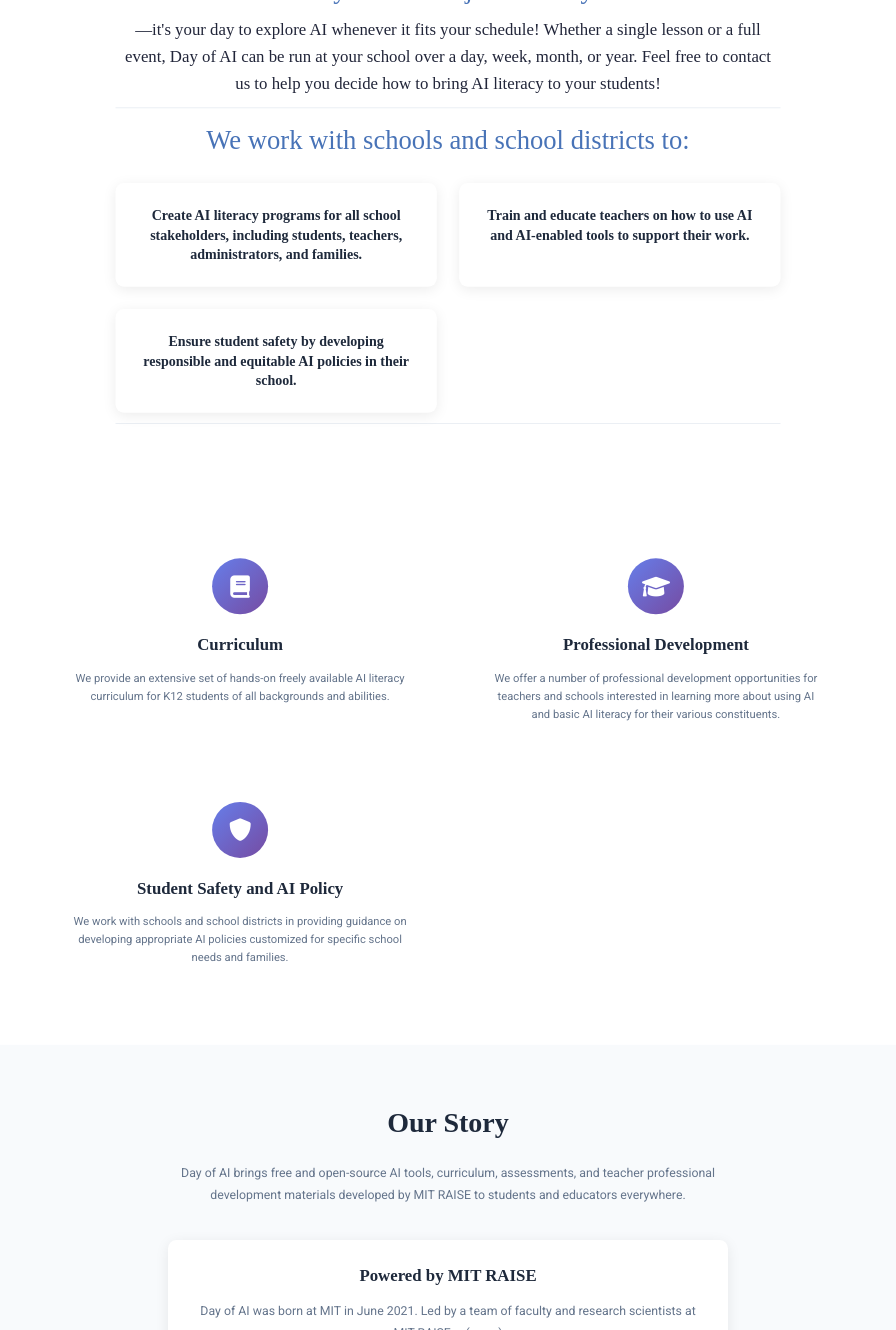
Repository: dinhtri123/dayofai
Page: index.html
An editor plug-in stored every save of this project. The page is shown before and after the next save, followed by the edit.
The browser window is 1280 px wide. The pictures show the part of the page from y = 781 to 2681 px (the page is 3981 px tall before and 3692 px after), at 70% of full size.
A picture or video elsewhere on the page could not be fetched, so the positions and the page height are approximate. Some web fonts or font styles are not loaded; a fallback is used.

Above is the page before, as saved 2025-06-29 08:45:38.

### index.html
<!DOCTYPE html>
<html lang="en">

<head>
  <meta charset="UTF-8">
  <meta name="viewport" content="width=device-width, initial-scale=1.0">
  <title>Day of AI - AI is for everyone</title>
  <link rel="stylesheet" href="styles.css">
  <link rel="preconnect" href="https://fonts.googleapis.com">
  <link rel="preconnect" href="https://fonts.gstatic.com" crossorigin>
  <link href="https://fonts.googleapis.com/css2?family=Gugi&family=Roboto:ital,wght@0,100..900;1,100..900&display=swap"
    rel="stylesheet">
  <link rel="stylesheet" href="https://cdnjs.cloudflare.com/ajax/libs/font-awesome/6.0.0/css/all.min.css">
</head>

<body>
  <!-- Header -->
  <header class="header">
    <nav class="navbar container">
      <div class="nav-container">
        <div class="nav-logo">
          <img src="./images/logo.svg" alt="Day of AI Logo">
        </div>

        <div class="header-main">
          <div class="header-search">
            <i class="fa-solid fa-magnifying-glass"></i>
            <input type="search" name="search" id="search" placeholder="SEARCH">
          </div>
          <div class="header-menu">
            <ul class="nav-menu">
              <li class="nav-item dropdown">
                <a href="#" class="nav-link">Teachers <i class="fa-solid fa-caret-down"></i></a>
                <ul class="dropdown-menu">
                  <li><a href="#">Curriculum</a></li>
                  <li><a href="#">Seasonal and Monthly Activities</a></li>
                  <li><a href="#">Professional Development</a></li>
                  <li><a href="#">Family Resources</a></li>
                </ul>
              </li>
              <li class="nav-item dropdown">
                <a href="#" class="nav-link">School Administrators <i class="fa-solid fa-caret-down"></i></a>
                <ul class="dropdown-menu">
                  <li><a href="#">Professional Development</a></li>
                  <li><a href="#">Curriculum</a></li>
                  <li><a href="#">Student Safety & AI Policy</a></li>
                  <li><a href="#">Family Resources</a></li>
                </ul>
              </li>
              <li class="nav-item">
                <a href="#" class="nav-link">International</a>
              </li>
              <li class="nav-item">
                <a href="#" class="nav-link">Partners</a>
              </li>
              <li class="nav-item dropdown">
                <a href="#" class="nav-link">About Us <i class="fa-solid fa-caret-down"></i></a>
                <ul class="dropdown-menu">
                  <li><a href="#">Our Team</a></li>
                  <li><a href="#">Our Story</a></li>
                  <li><a href="#">FAQ</a></li>
                  <li><a href="#">News & Impact</a></li>
                </ul>
              </li>
              <li class="nav-item">
                <a href="#" class="nav-link">Contact Us</a>
              </li>
            </ul>
            <div class="nav-buttons">
              <button class="btn btn-primary">Register</button>
            </div>
          </div>
        </div>


        <div class="hamburger">
          <span class="icon-menu">
            <i class="fa-solid fa-bars"></i>
          </span>
          <span class="icon-close">
            <i class="fa-solid fa-xmark"></i>
          </span>
        </div>
      </div>
    </nav>
  </header>

  <main>
    <!-- Hero Section -->
    <section class="hero">
      <div class="hero-video">
        <video src="./images/hero-video-short2.mp4" autoplay muted loop></video>
      </div>
      <div class="container">
        <div class="hero-content">
          <h1 class="hero-title">AI is for everyone.</h1>
          <p class="hero-subtitle">Empower your school and your students to thrive in a world of AI!</p>
          <div class="hero-bottom">
            <h3>Day of AI + Common Sense Media Have Teamed Up for Families!</h3>
            <button class="btn btn-primary">Learn More</button>
          </div>
        </div>
      </div>
    </section>
    <section class="section-desc">
      <div class="container">
        <div class="content-grid">
          <div class="content-item">
            <h2>Day of AI isn't just one day</h2>
            <p>—it's your day to explore AI whenever it fits your schedule! Whether a single lesson or a full event, Day
              of AI can be run at your school over a day, week, month, or year. Feel free to contact us to help you
              decide
              how to bring AI literacy to your students!</p>
          </div>

          <div class="content-item">
            <h2>We work with schools and school districts to:</h2>
            <div class="services-grid">
              <div class="service-card">
                <h3>Create AI literacy programs for all school stakeholders, including students, teachers,
                  administrators,
                  and families.</h3>
              </div>
              <div class="service-card">
                <h3>Train and educate teachers on how to use AI and AI-enabled tools to support their work.</h3>
              </div>
              <div class="service-card">
                <h3>Ensure student safety by developing responsible and equitable AI policies in their school.</h3>
              </div>
            </div>
          </div>
        </div>
      </div>
    </section>

    <!-- Features Section -->
    <section class="features">
      <div class="container">
        <div class="features-grid">
          <div class="feature-card">
            <div class="feature-icon">
              <i class="fas fa-book"></i>
            </div>
            <h3>Curriculum</h3>
            <p>We provide an extensive set of hands-on freely available AI literacy curriculum for K12 students of all
              backgrounds and abilities.</p>
          </div>

          <div class="feature-card">
            <div class="feature-icon">
              <i class="fas fa-graduation-cap"></i>
            </div>
            <h3>Professional Development</h3>
            <p>We offer a number of professional development opportunities for teachers and schools interested in
              learning
              more about using AI and basic AI literacy for their various constituents.</p>
          </div>

          <div class="feature-card">
            <div class="feature-icon">
              <i class="fas fa-shield-alt"></i>
            </div>
            <h3>Student Safety and AI Policy</h3>
            <p>We work with schools and school districts in providing guidance on developing appropriate AI policies
              customized for specific school needs and families.</p>
          </div>
        </div>
      </div>
    </section>

    <!-- About Section -->
    <section class="about">
      <div class="container">
        <div class="about-content">
          <h2>Our Story</h2>
          <p>Day of AI brings free and open-source AI tools, curriculum, assessments, and teacher professional
            development
            materials developed by MIT RAISE to students and educators everywhere.</p>

          <div class="mit-section">
            <h3>Powered by MIT RAISE</h3>
            <p>Day of AI was born at MIT in June 2021. Led by a team of faculty and research scientists at MIT
              RAISE…..(more)</p>
          </div>

          <div class="partners-section">
            <h3>Our Collaborators and Partners</h3>
            <div class="partners-grid">
              <div class="partner-logo">Partner 1</div>
              <div class="partner-logo">Partner 2</div>
              <div class="partner-logo">Partner 3</div>
              <div class="partner-logo">Partner 4</div>
            </div>
          </div>
        </div>
      </div>
    </section>

    <!-- CTA Section -->
    <section class="cta">
      <div class="container">
        <div class="cta-content">
          <h2>Bring Day of AI to Your School or School District</h2>
          <div class="cta-buttons">
            <button class="btn btn-primary">Register</button>
            <button class="btn btn-secondary">Learn More</button>
          </div>
        </div>
      </div>
    </section>
  </main>

  <!-- Footer -->
  <footer class="footer">
    <div class="container">
      <div class="footer-content">
        <div class="footer-section">
          <p>&copy; 2025, Day of AI. All Rights Reserved.</p>
          <div class="footer-links">
            <a href="#">Privacy Policy</a>
            <a href="#">Accessibility</a>
            <a href="#">Terms of Use</a>
            <a href="#">Boston Web Design</a>
          </div>
        </div>

        <div class="footer-legal">
          <p>Unless stated otherwise, the DAY OF AI curriculum is licensed under a Creative Commons
            Attribution-NonCommercial-ShareAlike 4.0 International License (the "DAY OF AI Creative Commons license").
            The DAY OF AI Creative Commons license does not include a license to use the trademarks and service marks,
            DAY OF AI, DAY OF AI (and Design), the DAY OF AI logo, MASSACHUSETTS INSTITUTE OF TECHNOLOGY, MIT, the MIT
            logo, MIT RAISE, RAISE, or any other trademarks, service marks, or other intellectual property, owned by, or
            associated with, Massachusetts Institute of Technology, and such use is expressly excluded. DAY OF AI, DAY
            OF AI (and Design), and the DAY OF AI logo are trademarks and service marks of MASSACHUSETTS INSTITUTE OF
            TECHNOLOGY. All rights are reserved.</p>
        </div>

        <div class="footer-translate">
          <button class="translate-btn">Translate »</button>
        </div>
      </div>
    </div>
  </footer>

  <script src="script.js"></script>
</body>

</html>

### styles.css
:root {
  --font-family: "Roboto", sans-serif;
  --font-secondary: "Gugi", cursive;
  --color-primary: #4873b7;
  --color-secondary: #37b558;
  --color-third: #f26739;
}
* {
  margin: 0;
  padding: 0;
  box-sizing: border-box;
}

body {
  font-family: var(--font-family);
  line-height: 1.6;
  color: #333;
  overflow-x: hidden;
}

.container {
  max-width: 1170px;
  margin: 0 auto;
  padding: 0 15px;
}
h1,h2,h3,h4,h5,h6{
  font-family: var(--font-secondary);
}

/* Header Styles */
.header {
  background: #fff;
  box-shadow: 0 2px 10px rgba(0, 0, 0, 0.1);
  width: 100%;
}
.header-main {
  display: flex;
  flex-direction: column;
  flex: 1;
}
.header-search {
  display: flex;
  align-items: center;
  justify-content: end;
  border-bottom: 1px solid var(--color-primary);
  height: 35px;
}
.header-search input {
  border: none;
  outline: none;
  width: 100px;
  max-width: 300px;
  height: 100%;
  padding: 0 10px;
  transition: width 1s linear;
}
.header-search i {
  color: var(--color-secondary);
}

.navbar {
  padding: 10px 15px;
}

.nav-container {
  display: flex;
  justify-content: space-between;
  align-items: center;
}
.nav-logo {
  max-width: 160px;
  width: 100%;
  height: auto;
}

.nav-logo img {
  max-width: 90px;
  width: 100%;
  height: auto;
}

.header-menu {
  display: flex;
  align-items: center;
  justify-content: end;
  flex-wrap: wrap;
}
.nav-menu {
  display: flex;
  list-style: none;
  align-items: center;
}

.nav-item {
  position: relative;
}

.nav-link {
  text-decoration: none;
  color: #333;
  font-weight: 500;
  padding: 20px 16px;
  transition: color 0.3s ease;
  display: flex;
  align-items: center;
  gap: 5px;
}

.nav-link:hover {
  color: #2563eb;
}
.nav-link i {
  color: var(--color-primary);
}

.dropdown-menu {
  position: absolute;
  top: 100%;
  left: 0;
  background: #fff;
  box-shadow: 0 4px 20px rgba(0, 0, 0, 0.15);
  border-radius: 8px;
  min-width: 250px;
  width: max-content;
  opacity: 0;
  visibility: hidden;
  transform: translateY(-10px);
  transition: all 0.3s ease;
  list-style: none;
  overflow: hidden;
}

.dropdown:hover .dropdown-menu {
  opacity: 1;
  visibility: visible;
  transform: translateY(0);
}

.dropdown-menu li a {
  display: block;
  padding: 0.75rem 1.5rem;
  color: #333;
  text-decoration: none;
  transition: background-color 0.2s ease;
}

.dropdown-menu li a:hover {
  background-color: var(--color-primary);
  color: #fff;
}

.btn {
  display: flex;
  align-items: center;
  margin-left: 24px;
  font-family: var(--font-secondary);
  background-color: var(--color-secondary);
  color: #fff;
  padding: 0px 32px;
  border-radius: 30px;
  min-height: 45px;
  text-transform: uppercase;
  border: none;
  line-height: 1;
  font-size: 16px;
  transition: all 0.3s ease;
}
.btn-primary {
  background-color: var(--color-secondary);
}
.btn-primary:hover {
  background-color: var(--color-third);
}
.btn-secondary {
  background-color: var(--color-third);
  color: white;
}
.btn-secondary:hover {
  background-color: var(--color-secondary);
}
.bth-third {
  background: transparent;
  color: white;
  border: 1px solid white;
}
.bth-third:hover {
  background-color: var(--color-secondary);
}
.hamburger {
  display: none;
  flex-direction: column;
  cursor: pointer;
}
.hamburger i {
  font-size: 20px;
  color: black;
}

/* Hero Section */
.hero {
  color: #fff;
  position: relative;

  text-align: center;
}
.hero-content {
  position: relative;
  z-index: 1;
  min-height: 500px;
  display: flex;
  flex-direction: column;
  align-items: center;
  justify-content: center;
}
.hero-video {
  position: absolute;
  top: 0;
  left: 0;
  width: 100%;
  height: 100%;
  z-index: -1;
  overflow: hidden;
}
.hero-video::before {
  content: "";
  position: absolute;
  top: 0;
  left: 0;
  width: 100%;
  height: 100%;
  background: rgba(0, 0, 0, 0.5);
}
.hero-video video {
  width: 100%;
}

.hero-title {
  font-size: 64px;
  font-family: var(--font-secondary);
  font-weight: 700;
  margin-bottom: 8px;
  line-height: 1.2;
}

.hero-subtitle {
  font-size: 30px;
  max-width: 500px;
  margin: 0 auto;
}

.hero-bottom {
  display: flex;
  align-items: center;
  justify-content: space-between;
  gap: 16px;
  position: absolute;
  bottom: -30px;
  left: 50%;
  transform: translateX(-50%);
  background: var(--color-third);
  min-height: 60px;
  border-radius: 30px;
  width: 100%;
}
.hero-bottom h3 {
  font-size: 24px;
  color: white;
  padding: 0px 20px;
  font-weight: 300;
}
.hero-bottom button {
  background: var(--color-primary);
  padding: 0px 48px;
  text-transform: uppercase;
  font-family: var(--font-secondary);
  min-height: inherit;
}

.section-desc {
  padding: 100px 0 80px;
}

.content-grid {
  max-width: 950px;
  margin: 0 auto;
  text-align: center;
}
.content-item {
  border-bottom: 1px solid #e2e8f0;
  padding: 15px 0px;
}

.content-item h2 {
  font-size: 38px;
  color: var(--color-primary);
  margin-bottom: 8px;
  font-weight: 500;
}

.content-item p {
  font-size: 24px;
  font-family: var(--font-secondary);
  color: #212539;
}

.services-grid {
  display: grid;
  grid-template-columns: repeat(auto-fit, minmax(300px, 1fr));
  gap: 2rem;
  margin-top: 2rem;
}

.service-card {
  background: #fff;
  padding: 2rem;
  border-radius: 12px;
  box-shadow: 0 4px 20px rgba(0, 0, 0, 0.08);
  transition: transform 0.3s ease, box-shadow 0.3s ease;
}

.service-card:hover {
  transform: translateY(-5px);
  box-shadow: 0 8px 30px rgba(0, 0, 0, 0.12);
}

.service-card h3 {
  font-size: 1.25rem;
  font-weight: 600;
  color: #1e293b;
  line-height: 1.4;
}

/* Features Section */
.features {
  padding: 80px 0;
  background: #fff;
}

.features-grid {
  display: grid;
  grid-template-columns: repeat(auto-fit, minmax(350px, 1fr));
  gap: 3rem;
}

.feature-card {
  text-align: center;
  padding: 2rem;
  border-radius: 16px;
  transition: transform 0.3s ease;
}

.feature-card:hover {
  transform: translateY(-5px);
}

.feature-icon {
  width: 80px;
  height: 80px;
  background: linear-gradient(135deg, #667eea 0%, #764ba2 100%);
  border-radius: 50%;
  display: flex;
  align-items: center;
  justify-content: center;
  margin: 0 auto 1.5rem;
  color: #fff;
  font-size: 2rem;
}

.feature-card h3 {
  font-size: 1.5rem;
  font-weight: 600;
  margin-bottom: 1rem;
  color: #1e293b;
}

.feature-card p {
  color: #64748b;
  line-height: 1.6;
}

/* About Section */
.about {
  padding: 80px 0;
  background: #f8fafc;
}

.about-content {
  max-width: 800px;
  margin: 0 auto;
  text-align: center;
}

.about-content h2 {
  font-size: 2.5rem;
  font-weight: 600;
  margin-bottom: 1.5rem;
  color: #1e293b;
}

.about-content p {
  font-size: 1.1rem;
  color: #64748b;
  line-height: 1.8;
  margin-bottom: 3rem;
}

.mit-section {
  background: #fff;
  padding: 2rem;
  border-radius: 12px;
  margin: 2rem 0;
  box-shadow: 0 4px 20px rgba(0, 0, 0, 0.08);
}

.mit-section h3 {
  font-size: 1.5rem;
  font-weight: 600;
  margin-bottom: 1rem;
  color: #1e293b;
}

.partners-section {
  margin-top: 3rem;
}

.partners-section h3 {
  font-size: 1.5rem;
  font-weight: 600;
  margin-bottom: 2rem;
  color: #1e293b;
}

.partners-grid {
  display: grid;
  grid-template-columns: repeat(auto-fit, minmax(200px, 1fr));
  gap: 2rem;
}

.partner-logo {
  background: #fff;
  padding: 2rem;
  border-radius: 8px;
  text-align: center;
  box-shadow: 0 2px 10px rgba(0, 0, 0, 0.1);
  font-weight: 600;
  color: #64748b;
}

/* CTA Section */
.cta {
  padding: 80px 0;
  background: linear-gradient(135deg, #667eea 0%, #764ba2 100%);
  color: #fff;
  text-align: center;
}

.cta-content h2 {
  font-size: 2.5rem;
  font-weight: 600;
  margin-bottom: 2rem;
}

.cta-buttons {
  display: flex;
  gap: 1rem;
  justify-content: center;
  flex-wrap: wrap;
}

/* Footer */
.footer {
  background: #1e293b;
  color: #fff;
  padding: 60px 0 30px;
}

.footer-content {
  display: grid;
  gap: 2rem;
}

.footer-section {
  display: flex;
  justify-content: space-between;
  align-items: center;
  flex-wrap: wrap;
  gap: 1rem;
}

.footer-links {
  display: flex;
  gap: 2rem;
  flex-wrap: wrap;
}

.footer-links a {
  color: #cbd5e1;
  text-decoration: none;
  transition: color 0.3s ease;
}

.footer-links a:hover {
  color: #fff;
}

.footer-legal {
  border-top: 1px solid #334155;
  padding-top: 2rem;
}

.footer-legal p {
  font-size: 0.9rem;
  color: #94a3b8;
  line-height: 1.6;
}

.footer-translate {
  text-align: center;
  padding-top: 2rem;
}

.translate-btn {
  background: transparent;
  color: #cbd5e1;
  border: 1px solid #475569;
  padding: 0.5rem 1rem;
  border-radius: 6px;
  cursor: pointer;
  transition: all 0.3s ease;
}

.translate-btn:hover {
  background: #475569;
  color: #fff;
}

/* Responsive Design */
@media (max-width: 768px) {
  .header-main {
    position: absolute;
    top: 100%;
    left: 0px;
    flex-direction: column;
    background-color: #fff;
    width: 100%;
    text-align: center;
    transition: 0.3s;
    box-shadow: 0 10px 27px rgba(0, 0, 0, 0.05);
    z-index: 1000;
    display: none;
  }
  .header-main.active {
    display: flex;
  }
  .nav-menu.active {
    left: 0;
  }
  .header-search {
    padding: 0px 15px;
  }
  .navbar {
    padding: 10px 15px !important;
  }
  .nav-menu li {
    width: 100%;
  }
  .nav-logo img {
    max-width: 50px;
  }
  .nav-link {
    justify-content: space-between;
  }
  .header-search input {
    width: 100%;
    max-width: 100%;
  }
  .dropdown-menu {
    position: static;
    opacity: 1;
    visibility: visible;
    transform: none;
    box-shadow: none;
    width: 100%;
    display: none;
  }
  .dropdown-menu.active {
    display: block;
  }
  .dropdown-menu li a {
    text-align: left;
    padding: 10px 16px;
    border-bottom: 1px solid #e2e8f0;
  }
  .nav-menu > li {
    border-bottom: 1px solid #e2e8f0;
  }
  .hamburger {
    display: flex;
    width: 40px;
    height: 40px;
    align-items: center;
    justify-content: center;
  }
  .nav-menu {
    flex-direction: column;
    width: 100%;
  }
  .header-menu {
    justify-content: start;
  }
  .icon-close {
    display: none;
  }
  .hamburger.active .icon-menu {
    display: none;
  }

  .hamburger.active .icon-close {
    display: block;
  }

  .nav-buttons {
    display: none;
  }

  .hero-title {
    font-size: 2.5rem;
  }

  .hero-subtitle {
    font-size: 1.1rem;
  }

  .content-item h2,
  .about-content h2,
  .cta-content h2 {
    font-size: 2rem;
  }

  .services-grid,
  .features-grid {
    grid-template-columns: 1fr;
  }

  .footer-section {
    flex-direction: column;
    text-align: center;
  }

  .footer-links {
    justify-content: center;
  }

  .cta-buttons {
    flex-direction: column;
    align-items: center;
  }

  .cta-buttons .btn {
    width: 100%;
    max-width: 300px;
  }
}

@media (max-width: 480px) {
  .container {
    padding: 0 15px;
  }

  .hero {
    padding: 100px 0 60px;
  }

  .hero-title {
    font-size: 2rem;
  }

  .main-content,
  .features,
  .about,
  .cta {
    padding: 60px 0;
  }

  .service-card,
  .feature-card {
    padding: 1.5rem;
  }
}

/* Animations */
@keyframes fadeInUp {
  from {
    opacity: 0;
    transform: translateY(30px);
  }
  to {
    opacity: 1;
    transform: translateY(0);
  }
}

### script.js
// Header Search
const media = window.matchMedia("(min-width: 768px)");
if (media.matches) {
  const searchInput = document.querySelector(".header-search input");

  searchInput.addEventListener("click", () => {
    searchInput.style.width = "100%";
  });
  document.addEventListener("click", (e) => {
    if (!searchInput.contains(e.target)) {
      searchInput.style.width = "100px";
    }
  });
}
if (!media.matches) {
  const dropdownMenu = Array.from(document.querySelectorAll(".nav-item.dropdown"));
  dropdownMenu.map(item => {
    item.addEventListener("click", () => {
      item.querySelector(".dropdown-menu").classList.toggle("active");
    })
  })
}

// Mobile Navigation Toggle
const hamburger = document.querySelector(".hamburger");
const headerMain = document.querySelector(".header-main");

hamburger.addEventListener("click", () => {
  if(hamburger.classList.contains("active")){
    hamburger.classList.remove("active");
    headerMain.classList.remove("active");
  } else {
    hamburger.classList.add("active");
    headerMain.classList.add("active");
  }
});

After the next save:
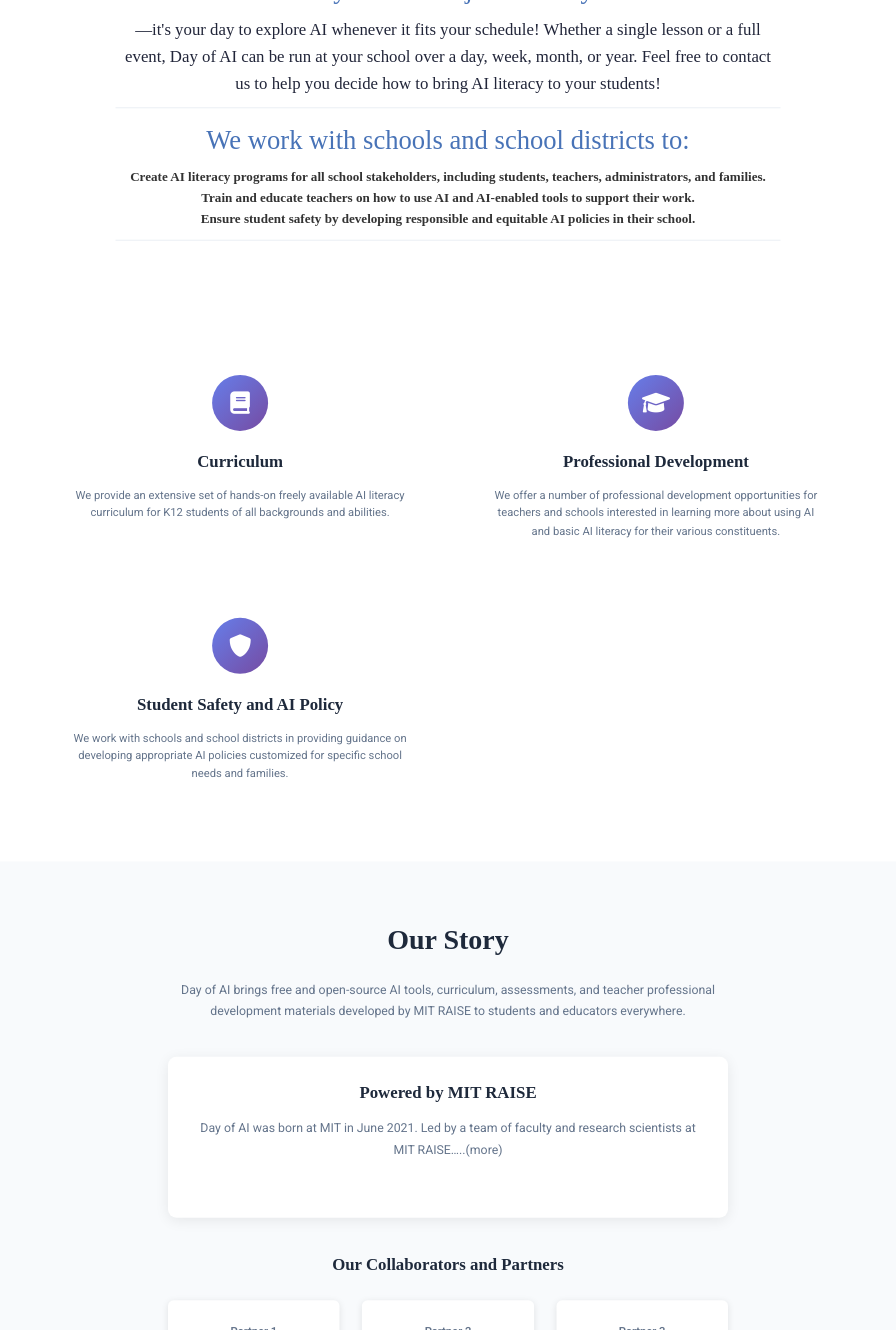
Saved 24 s later.
--- a/styles.css
+++ b/styles.css
@@ -303,32 +303,7 @@
   color: #212539;
 }
 
-.services-grid {
-  display: grid;
-  grid-template-columns: repeat(auto-fit, minmax(300px, 1fr));
-  gap: 2rem;
-  margin-top: 2rem;
-}
-
-.service-card {
-  background: #fff;
-  padding: 2rem;
-  border-radius: 12px;
-  box-shadow: 0 4px 20px rgba(0, 0, 0, 0.08);
-  transition: transform 0.3s ease, box-shadow 0.3s ease;
-}
-
-.service-card:hover {
-  transform: translateY(-5px);
-  box-shadow: 0 8px 30px rgba(0, 0, 0, 0.12);
-}
-
-.service-card h3 {
-  font-size: 1.25rem;
-  font-weight: 600;
-  color: #1e293b;
-  line-height: 1.4;
-}
+
 
 /* Features Section */
 .features {
